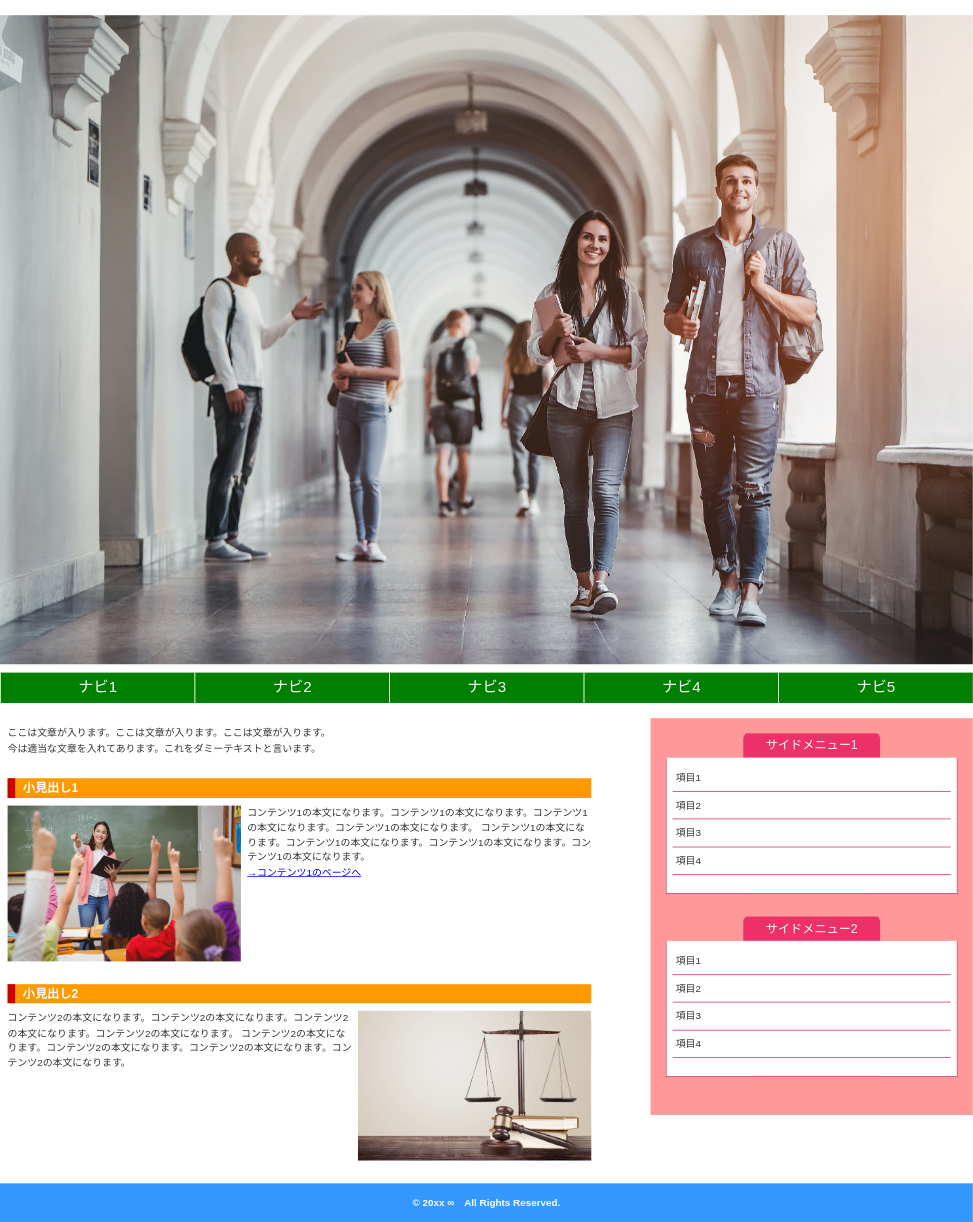
Repository: makamaka2021/samurai_HTML-CSS
Page: home.html
The author's editor kept a record of every edit. The page is drawn from the files as they stood at one moment, then again after the next edit.
The browser window is 1280 px wide. The pictures show the whole page, at 76% of full size.

Above is the page before.

After the next edit:
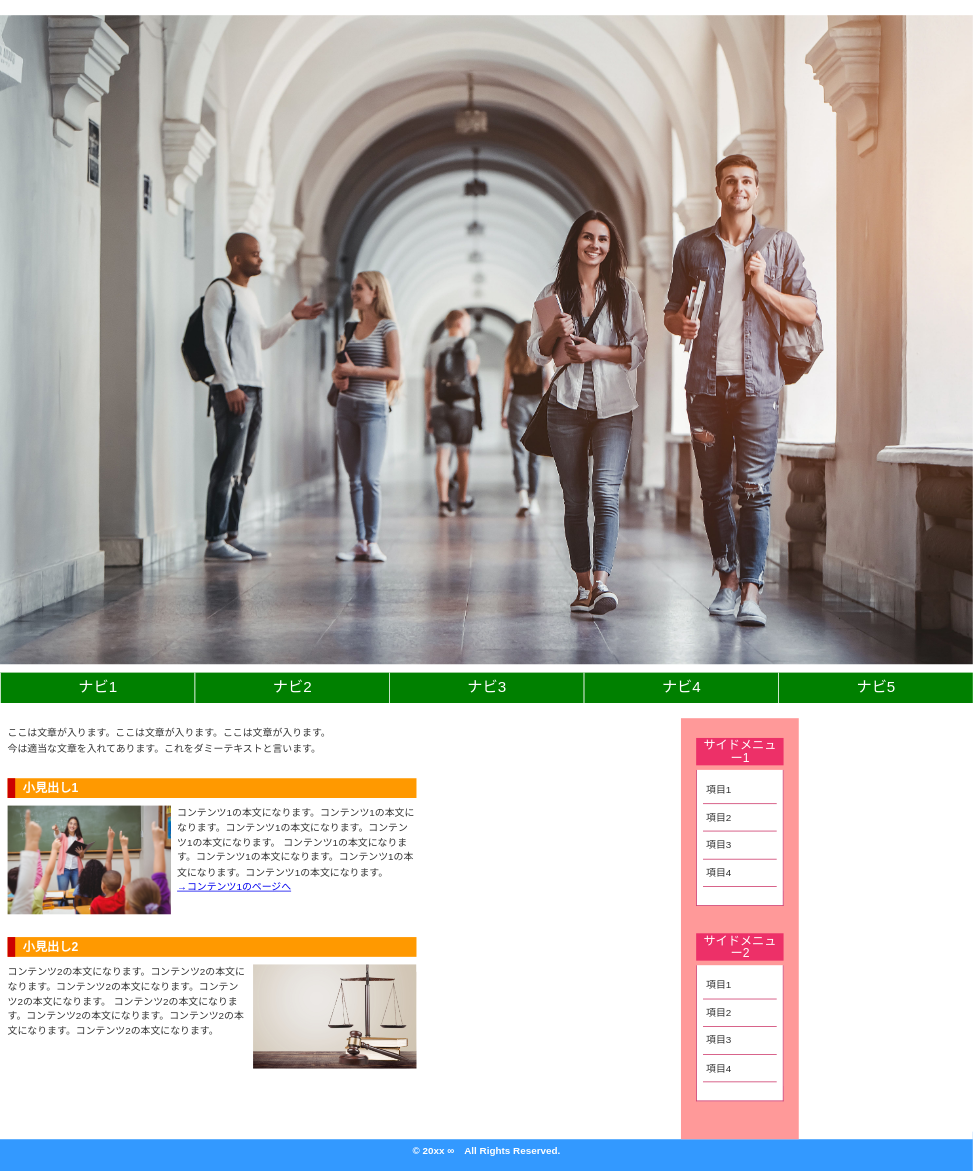
The edit:
--- a/stylesheet.css
+++ b/stylesheet.css
@@ -82,6 +82,8 @@
   margin:auto;
   padding-top:20px;
   clear:both;
+  display:grid;
+  grid-template-columns: 70vw 30vw
 }
 /* -------------------- main -------------------- */
 #main{
